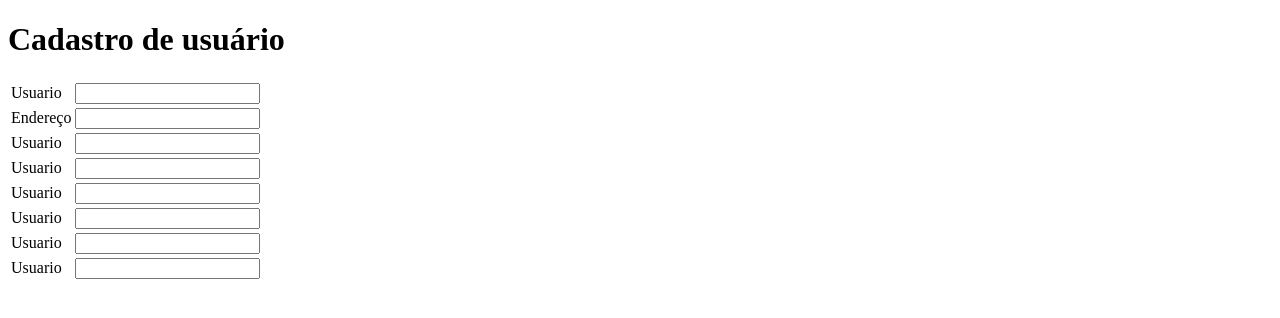
Repository: rsuzumura/fiveslivraria
Page: http://localhost/LivrariaFiveS/formCadastroUsuario.jsp
These files come from the project's save history. The page is drawn as it stood at one moment and after the next save; the edit follows.
The browser window is 1280 px wide. The pictures show the whole page.
The page is served by Tomcat 9. Other server files are loaded and not shown.

Above is the page before, as saved 2012-04-15 00:35:39.

### LivrariaFiveS - Web/LivrariaFiveS/WebContent/formCadastroUsuario.jsp
<%@ page language="java" contentType="text/html; charset=ISO-8859-1"
	pageEncoding="ISO-8859-1"%>
<!DOCTYPE html PUBLIC "-//W3C//DTD HTML 4.01 Transitional//EN" "http://www.w3.org/TR/html4/loose.dtd">
<html>
<head>
<meta http-equiv="Content-Type" content="text/html; charset=ISO-8859-1">
<title>Cadastro de usuários</title>
</head>
<body>
	<h1>Cadastro de usuário</h1>
	<table>
		<tr>
			<td>Usuario</td>
			<td><input id="nmUsuario" type="text"></td>
		</tr>
		<tr>
			<td>Endereço</td>
			<td><input id="dsEndereco" type="text"></td>
		</tr>
		<tr>
			<td>Usuario</td>
			<td><input id="nmUsuario" type="text"></td>
		</tr>
		<tr>
			<td>Usuario</td>
			<td><input id="nmUsuario" type="text"></td>
		</tr>
		<tr>
			<td>Usuario</td>
			<td><input id="nmUsuario" type="text"></td>
		</tr>
		<tr>
			<td>Usuario</td>
			<td><input id="nmUsuario" type="text"></td>
		</tr>
		<tr>
			<td>Usuario</td>
			<td><input id="nmUsuario" type="text"></td>
		</tr>
		<tr>
			<td>Usuario</td>
			<td><input id="nmUsuario" type="text"></td>
		</tr>
	</table>

</body>
</html>

After the next save:
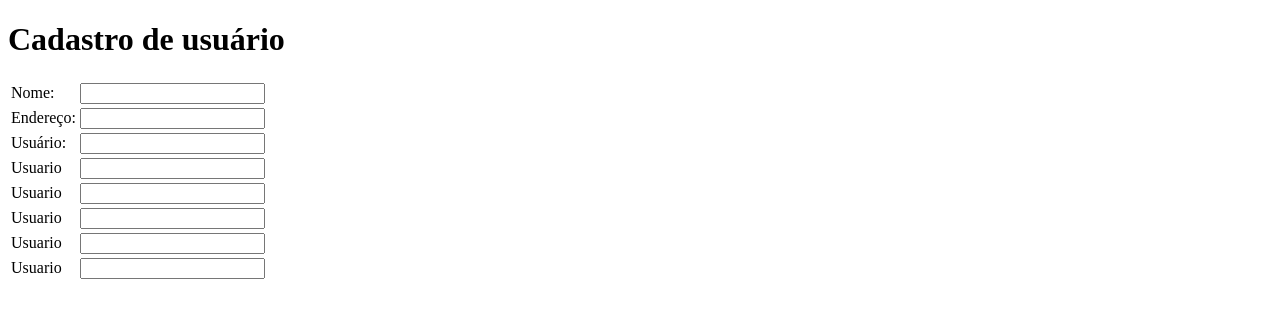
Saved 73 s later.
--- a/LivrariaFiveS - Web/LivrariaFiveS/WebContent/formCadastroUsuario.jsp
+++ b/LivrariaFiveS - Web/LivrariaFiveS/WebContent/formCadastroUsuario.jsp
@@ -10,16 +10,16 @@
 	<h1>Cadastro de usuário</h1>
 	<table>
 		<tr>
-			<td>Usuario</td>
+			<td>Nome:</td>
 			<td><input id="nmUsuario" type="text"></td>
 		</tr>
 		<tr>
-			<td>Endereço</td>
+			<td>Endereço:</td>
 			<td><input id="dsEndereco" type="text"></td>
 		</tr>
 		<tr>
-			<td>Usuario</td>
-			<td><input id="nmUsuario" type="text"></td>
+			<td>Usuário:</td>
+			<td><input id="dsLogin" type="text"></td>
 		</tr>
 		<tr>
 			<td>Usuario</td>
